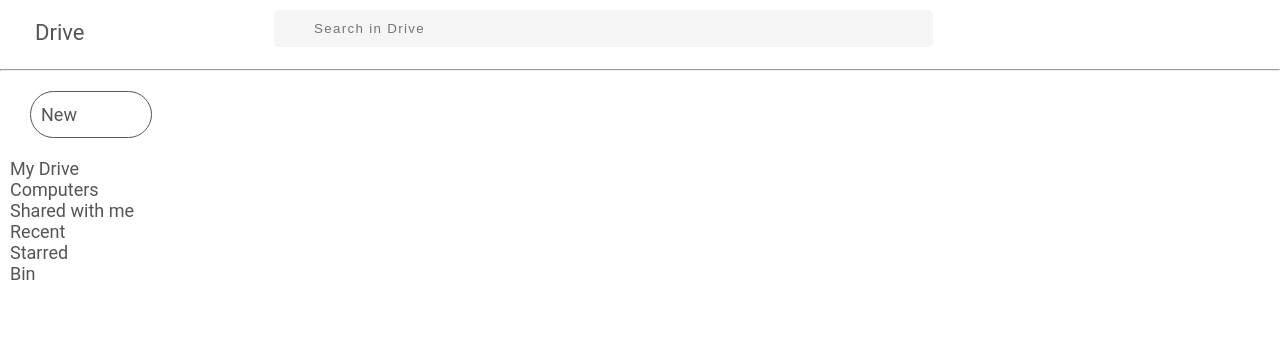
Repository: smit1298/driveclone
Page: index.html
The author's editor kept a copy of each file at every save. The page is drawn from the files as they stood at one save, then again after a run of saves.
The browser window is 1280 px wide. The pictures show the whole page.
Some icons come from a web library that is not loaded, so they are not drawn.

Above is the page before, as saved 2022-02-14 03:44:23.

### index.html
<!DOCTYPE html>
<html lang="en">

<head>
    <meta charset="UTF-8">
    <meta http-equiv="X-UA-Compatible" content="IE=edge">
    <meta name="viewport" content="width=device-width, initial-scale=1.0">
    <link rel="stylesheet" href="index.css">
    <title>Google Drive</title>
</head>

<body>
    <section class="main">
        <section class="top">
            <section class="logo">
                <span class="iconify" data-icon="logos:google-drive"></span>
                <a href="http://">Drive</a>
            </section>


            <section id="search">
                <input type="text" placeholder="Search in Drive">
                <span class="iconify search" data-icon="ci:search"></span>
                <span class="iconify horizontal" data-icon="akar-icons:settings-horizontal"></span>
            </section>

            <section class="icons">
                <span class="one">
                    <span class="iconify" data-icon="ant-design:question-circle-outlined"></span>
                    <span class="iconify" data-icon="clarity:settings-line"></span>
                </span>

                <span class="two">
                    <span class="iconify" data-icon="fe:app-menu"></span>
                    <span class="iconify" data-icon="carbon:user-avatar-filled"></span>
                </span>
            </section>


        </section>

    </section>
    <hr>
    <aside>
        <section class="new">
            <p>
                <a href=""><span class="iconify" data-icon="bx:plus-medical"></span>
                   New
                </a>
            </p>
        </section>

        <section class="details">
            <section class="drive">
                <p> <span class="iconify" data-icon="bx:caret-right"></span>
                    <span class="iconify" data-icon="fa6-regular:hard-drive"></span>

                    <a href="">My Drive</a>
                </p>
            </section>

            <section class="computers">
                <p> <span class="iconify" data-icon="bx:caret-right"></span><span class="iconify" data-icon="clarity:computer-solid"></span>
                    <a href=""> Computers </a>
                </p>

            </section>



            <section class="shared">
                <p>

                    <span class="iconify" data-icon="ic:outline-people-alt"></span>
                    <a href="">Shared with me</a>
                </p>

            </section>

            <section class="recent">
                <p>
                    <span class="iconify" data-icon="fontisto:clock"></span>
                    <a href="">Recent</a>
                </p>

            </section>

            <section class="starred">
                <p> <span class="iconify" data-icon="bi:star"></span>
                    <a href="">Starred</a>
                </p>

            </section>

            <section class="bin">
                <p>
                    <span class="iconify" data-icon="ri:delete-bin-6-line"></span>
                    <a href="">Bin</a>
                </p>
            </section>
        </section>
    </aside>

</body>
<script src="https://code.iconify.design/2/2.1.2/iconify.min.js"></script>

</html>

### index.css
* {
  margin: 0;
  padding: 0;
}

body {
  font-size: 1.125rem;
  font-family: "Roboto", sans-serif;
  color: rgb(85, 85, 85);
}
.main {
  padding: 10px 30px;
}
.top {
  display: grid;
  grid-template-columns: 20% 60% 20%;
  padding-bottom: 10px;
}

.logo {
  font-size: 22px;
  position: relative;
}
.logo .iconify {
  font-size: 40px;
}
.logo > a {
  color: rgb(85, 85, 85);
  text-decoration: none;
  position: absolute;
  top: 10px;
  padding-left: 5px;
}
#search {
  position: relative;
  width: 100%;
}
#search > input {
  background-color: rgba(209, 202, 202, 0.192);
  border-radius: 5px;
  width: 90%;
  height: 95%;
  border-style: none;
}
#search > input::placeholder {
  padding-left: 40px;
  letter-spacing: 0.1em;
}
.search {
  position: absolute;
  left: 10px;
  top: 10px;
  font-size: 25px;
  font-weight: 700;
}
.horizontal {
  position: absolute;
  right: 90px;
  top: 10px;
  font-size: 25px;
  font-weight: 700;
}

.icons {
  font-size: 25px;
  padding-top: 10px;
  margin-left: 10px;
}

.one {
  padding-left: 20px;
  padding-right: 10px;
}

.one > .iconify {
  padding-left: 10px;
  padding-right: 10px;
}

.two {
  padding-left: 10px;
  padding-right: 10px;
}

.two > .iconify {
  padding-left: 10px;
  padding-right: 10px;
}

/* ASIDE */
aside{
padding-left: 10px;
}

p > a{
  text-decoration: none;
  color: rgb(85, 85, 85);
}

.new{
  width: 100px;
  padding: 12px 10px;
  margin: 20px 20px;
  border-radius: 30px;
  border: 1px solid rgb(85, 85, 85);
}

After the next 2 saves:
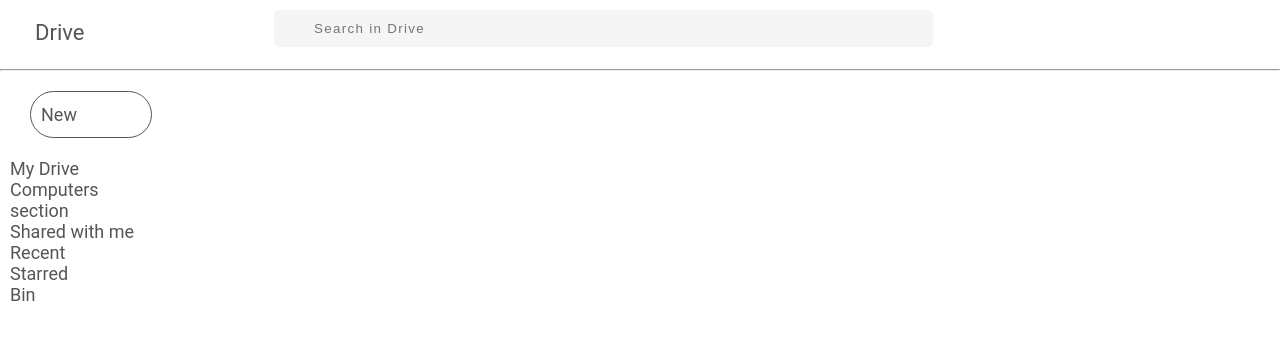
The 2 saves are shown as one change because they came seconds apart.
The last was saved 8 s later.
--- a/index.html
+++ b/index.html
@@ -67,7 +67,7 @@
             </section>
 
 
-
+section
             <section class="shared">
                 <p>
 

After the save that followed:
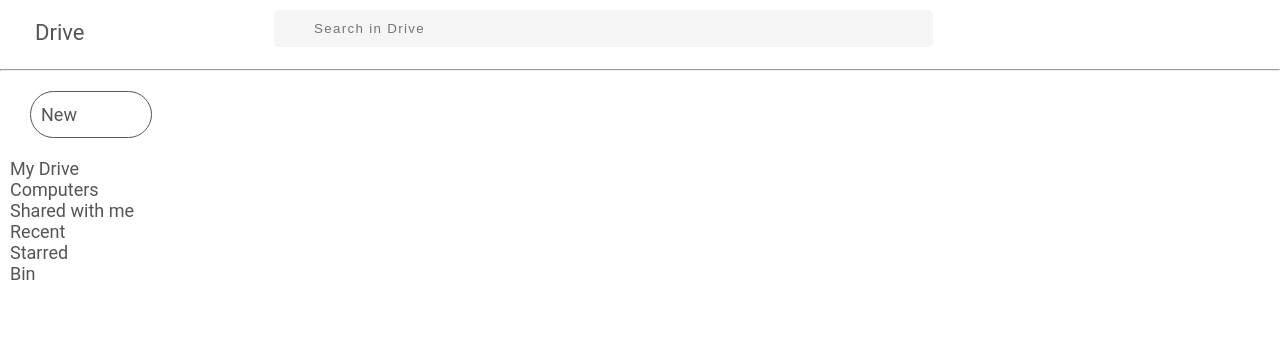
Saved 4 s later.
--- a/index.html
+++ b/index.html
@@ -67,7 +67,9 @@
             </section>
 
 
-section
+<section class="down">
+
+</section>
             <section class="shared">
                 <p>
 
